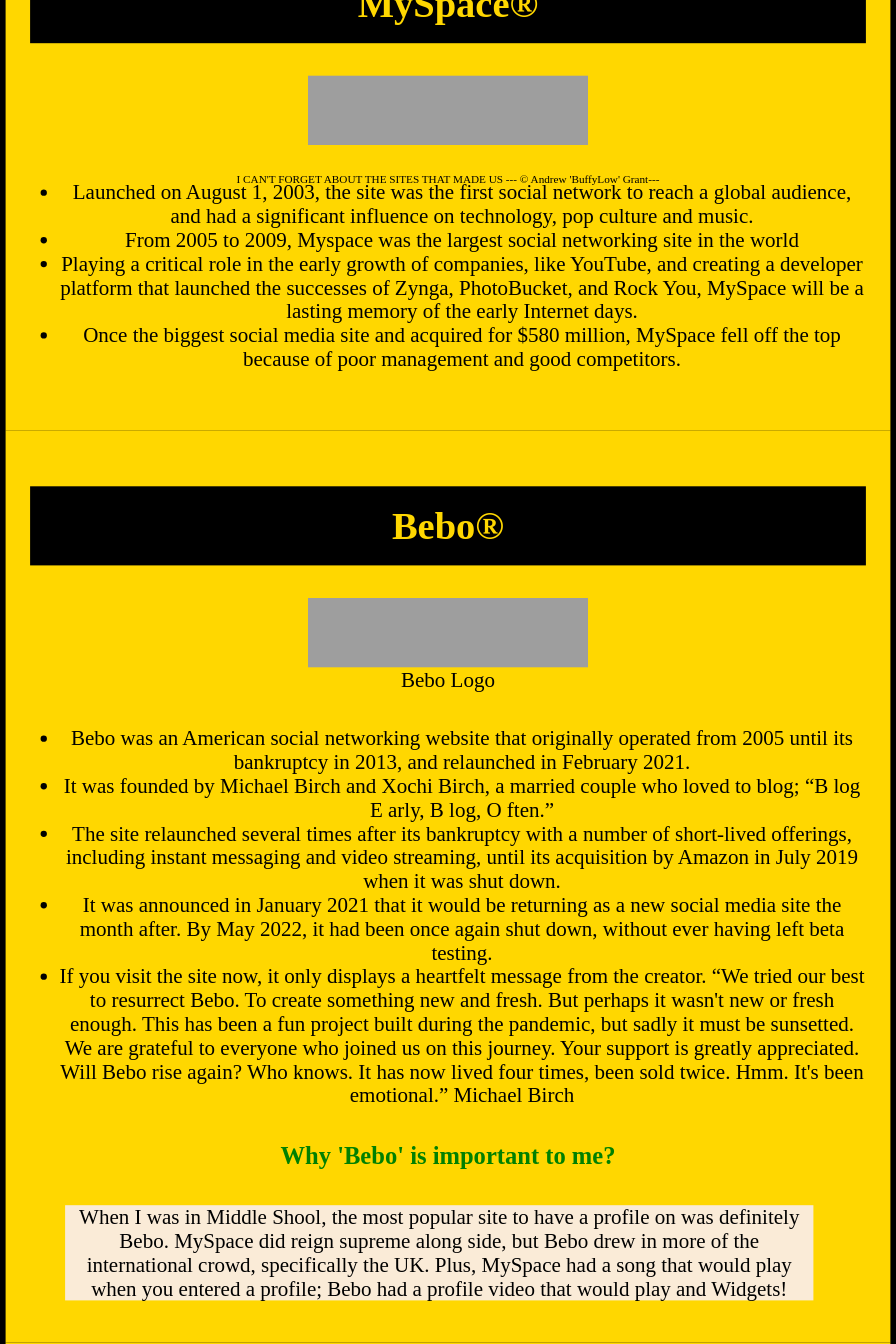
Repository: AndrewGrantt/LC101
Page: LC101/js-assignment-4-html-me-something-buffylow/index.html
These files come from the project's save history. The page is drawn as it stood at one moment and after the next save; the edit follows.
The browser window is 1280 px wide. The pictures show the part of the page from y = 454 to 2374 px (the page is 3564 px tall), at 70% of full size.
Pictures or frames that could not be fetched are drawn as grey boxes.

Above is the page before, as saved 2022-07-15 08:18:40.

### LC101/js-assignment-4-html-me-something-buffylow/index.html
<html>
<head>
<title>SOCIAL NETWORKS FOR THE AGES</title>
<link rel="stylesheet" href="styles.css">
</head>
<body>

<article class="all-sites">
   <h1 id="mainHeader">Social Media When I Was A Youngin'</h1>
  <article class="sites">

    <h2 id="headcolor">MySpace&reg;</h2>
    <img src="./Images/MySpace_logo.JPG" alt="MySpace Logo 2004-2010" width="400" height="100">
    <p>
     <ul>
      <li>Launched on August 1, 2003, the site was the first social network to reach a global audience, and had a significant influence on technology, pop culture and music.</li>

      <li>From 2005 to 2009, Myspace was the largest social networking site in the world</li>

      <li>Playing a critical role in the early growth of companies, like YouTube, and creating a developer platform that launched the successes of Zynga, PhotoBucket, and Rock You, MySpace will be a lasting memory of the early Internet days. </li>

      <li> Once the biggest social media site and acquired for $580 million, MySpace fell off the top because of poor management and good competitors. </li>
     </ul>
   </p>

  </article>

  <article class="sites">
    <h2 id="headcolor">Bebo&reg;</h2>
    <figure>
      <img src="./Images/bebo.JPG" alt="Bebo Logo" width="400" height="100">
      <figcaption>Bebo Logo</a></figcaption>
   </figure>
    <p>
    <ul>
      <li>Bebo was an American social networking website that originally operated from 2005 until its bankruptcy in 2013, and relaunched in February 2021.</li>
          <li>It was founded by Michael Birch and Xochi Birch, a married couple who loved to blog;
          “B log E arly, B log, O ften.” </li>
      <li>The site relaunched several times after its bankruptcy with a number of short-lived offerings, including instant messaging and video streaming, until its acquisition by Amazon in July 2019 when it was shut down. </li>
      <li>It was announced in January 2021 that it would be returning as a new social media site the month after. By May 2022, it had been once again shut down, without ever having left beta testing. </li>
     <li> If you visit the site now, it only displays a heartfelt message from the creator.


      “We tried our best to resurrect Bebo.
      To create something new and fresh.
      But perhaps it wasn't new or fresh enough.
      This has been a fun project built during the pandemic, but sadly it must be sunsetted. We are grateful to everyone who joined us on this journey. Your support is greatly appreciated.
      Will Bebo rise again?
      Who knows. It has now lived four times, been sold twice. Hmm.
      It's been emotional.”

      Michael Birch</li>
   </ul>
   </p>
      <h3 class="funParagraph"> Why 'Bebo' is important to me?</h3>
      <p>
         When I was in Middle Shool, the most popular site to have a profile on was definitely Bebo. MySpace did reign supreme along side, but Bebo drew in more of the international crowd, specifically the UK.  Plus, MySpace had a song that would play when you entered a profile; Bebo had a profile video that would play and Widgets!
      </p>
  </article>
  <article class="sites">
    <h2 id="headcolor">AOL&reg;</h2>
    <img src="./Images/AOL.JPG" alt="AOL Logo" width="500" height="300">
    <p>
      <ul>
      <li>Aol., originally known as America Online,is an American web portal and online service provider based in New York City.</li>
      <li>It is a brand marketed by the current Yahoo Inc.</li>
      <li>The company grew to become the largest online service, displacing established players like CompuServe and The Source. </li>
      <li>By 1995, there were about three million active users.</li>
      <li>AOL was one of the early pioneers of the Internet in the mid-1990s, and the most recognized brand on the web in the United States. It originally provided a dial-up service to millions of Americans, pioneered instant messaging, and in 1993 began adding internet access.</li>
       <li>The popularity rapidly shrank thereafter, partly due to the decline of dial-up and rise of broadband.</li>
      <li>Eventually, the company was spun off from Time Warner in 2009.</li>
      <li>June 23, 2015,Verizon Communications bought AOL was acquired for $4.4 billion.</li>
      <li>On May 3, 2021, Verizon announced it would sell Yahoo and AOL to private equity firm Apollo Global Management for $5 billion.</li>
      </ul>
      </p>
  </article>
</article>
<footer id="foot" >
   I CAN'T FORGET ABOUT THE SITES THAT MADE US

  --- &copy; Andrew 'BuffyLow' Grant---
</footer>
</body>
</html>

### LC101/js-assignment-4-html-me-something-buffylow/styles.css

body {
    background-color: black;
  }

  h1 {
    color: rgb(43, 49, 226);
    margin-left: 20px;
    font-size: 75px;
  }

    .sites {
    color: black;
    text-align: center;
    padding: 35px;
    background-color: gold;
    font-size: 30px;
  }
  p {
    margin-top: 50px;
    margin-bottom: 25px;
    margin-right: 75px;
    margin-left: 50px;
background-color: antiquewhite;
  }
  #mainHeader {
    background-color: red;
    color: black;
    padding: 40px;
    text-align: center;}

    #testP{
        color:black;
        text-align:center;
    }
    .funParagraph{
        color:green
    }
    #headcolor{
        color:gold;
        padding: 25px;
        background-color: black;
        font-size: 55px;

    }
    #foot{
      color:black;
      text-align:center;
  }
  footer {
    position: absolute;
    right: 0;bottom:0;left:0;
  }

After the next save:
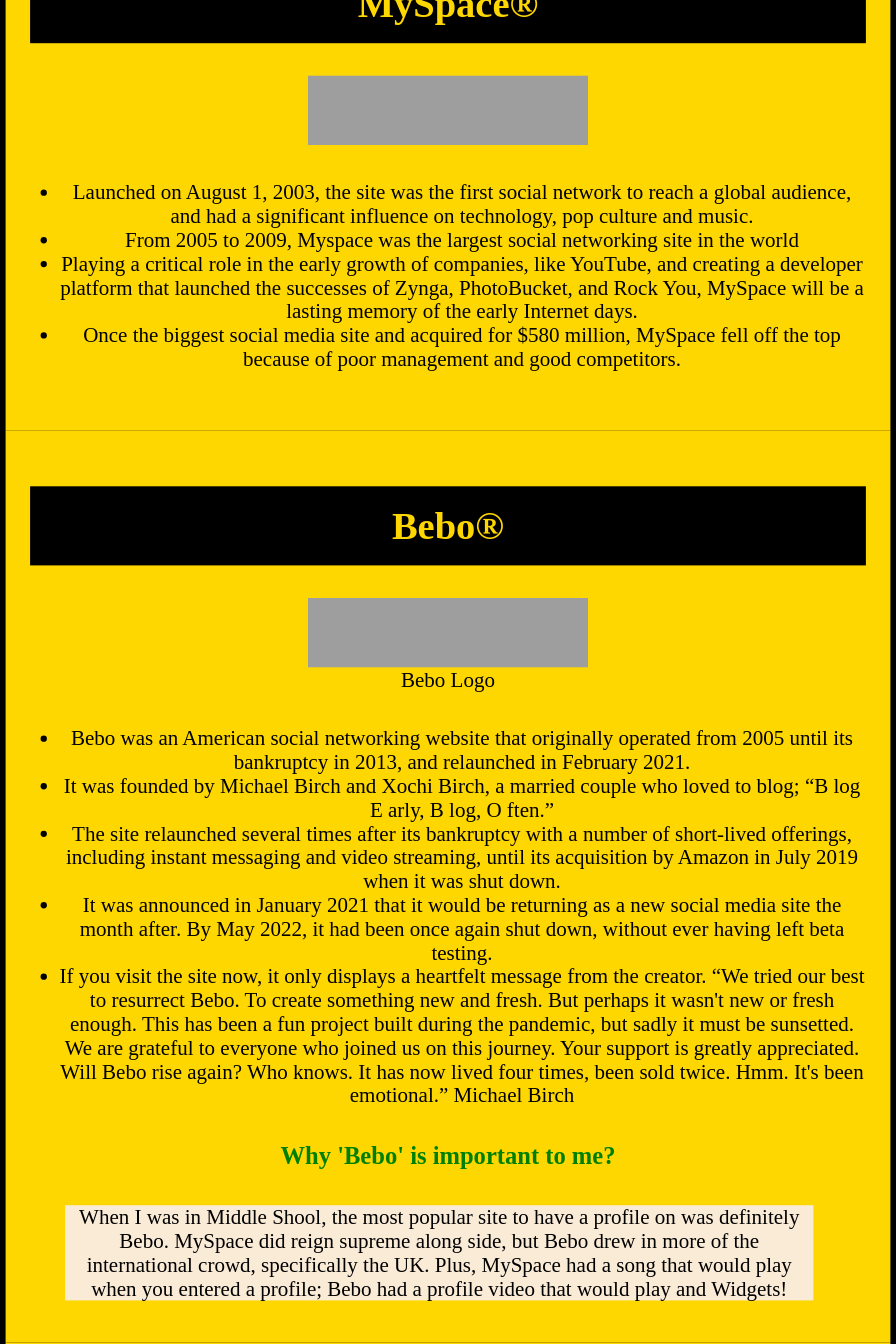
Saved 3 min 19 s later.
--- a/LC101/js-assignment-4-html-me-something-buffylow/styles.css
+++ b/LC101/js-assignment-4-html-me-something-buffylow/styles.css
@@ -47,6 +47,11 @@
       color:black;
       text-align:center;
   }
+  body {
+    position: relative;
+    min-height: 100%;
+    min-height: 100vh;
+  }
   footer {
     position: absolute;
     right: 0;bottom:0;left:0;
